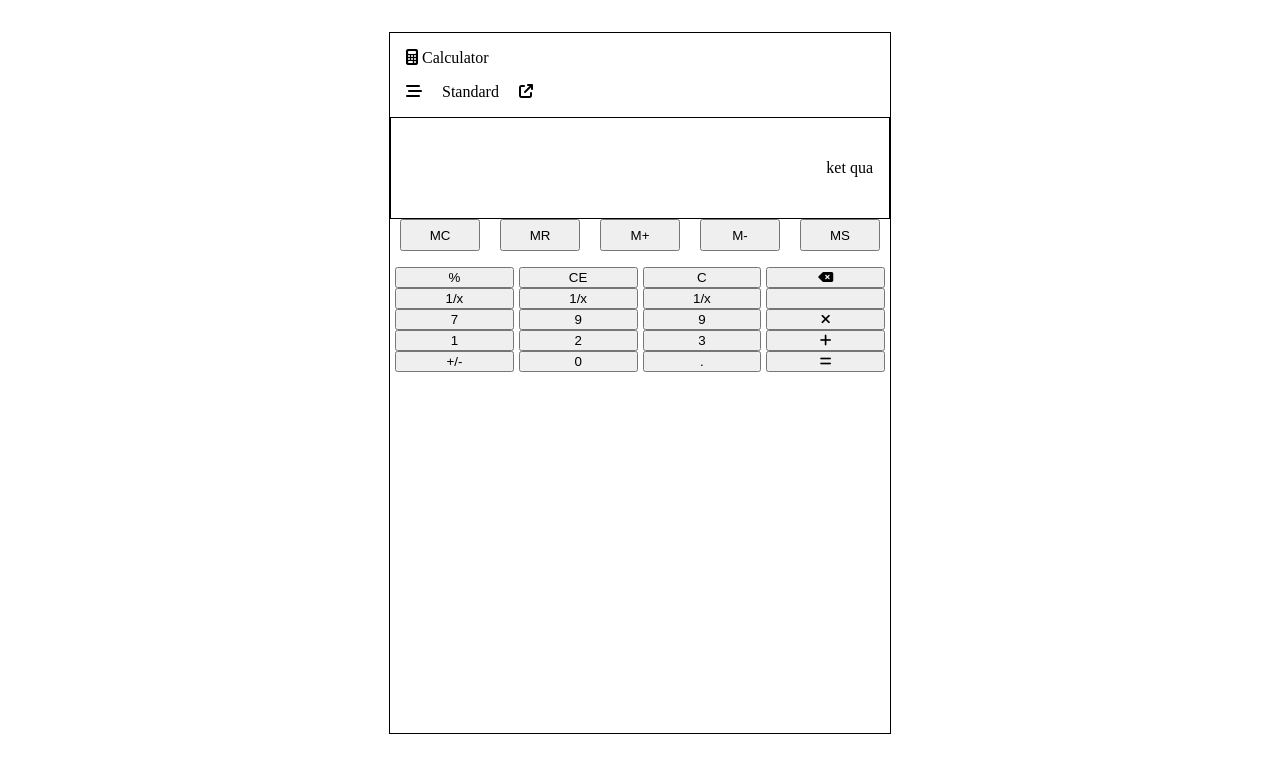
Repository: tungts3qb/Javascript
Page: Calculator/Calculator.html
The author's editor kept a copy of each file at every save. The page is drawn from the files as they stood at one save, then again after the next save.
The browser window is 1280 px wide. The pictures show the whole page.

Above is the page before, as saved 2022-12-26 16:44:08.

After the next save:
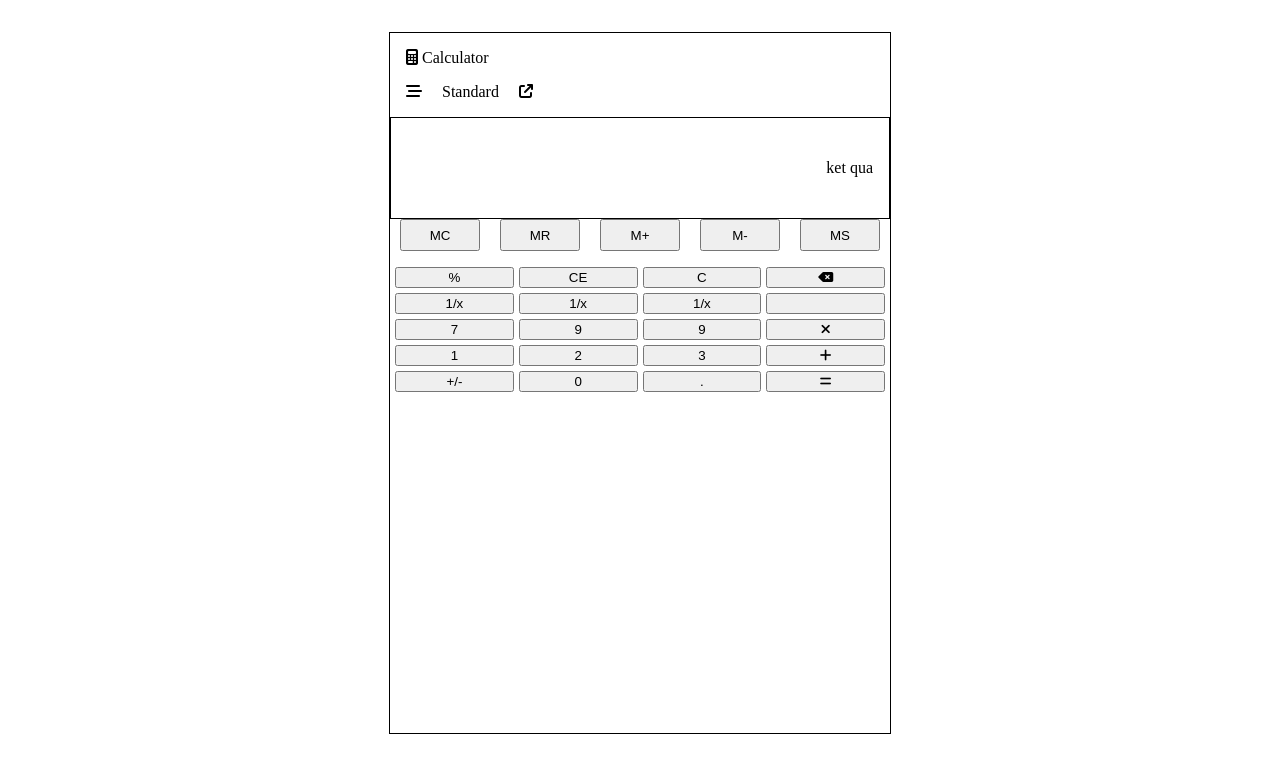
Saved 17 s later.
--- a/Calculator/style.css
+++ b/Calculator/style.css
@@ -54,6 +54,7 @@
   display: grid;
   grid-template-columns: repeat(4, 1fr);
   grid-column-gap: 5px;
+  grid-row-gap: 5px;
   padding-left: 5px;
   padding-right: 5px;
 }
